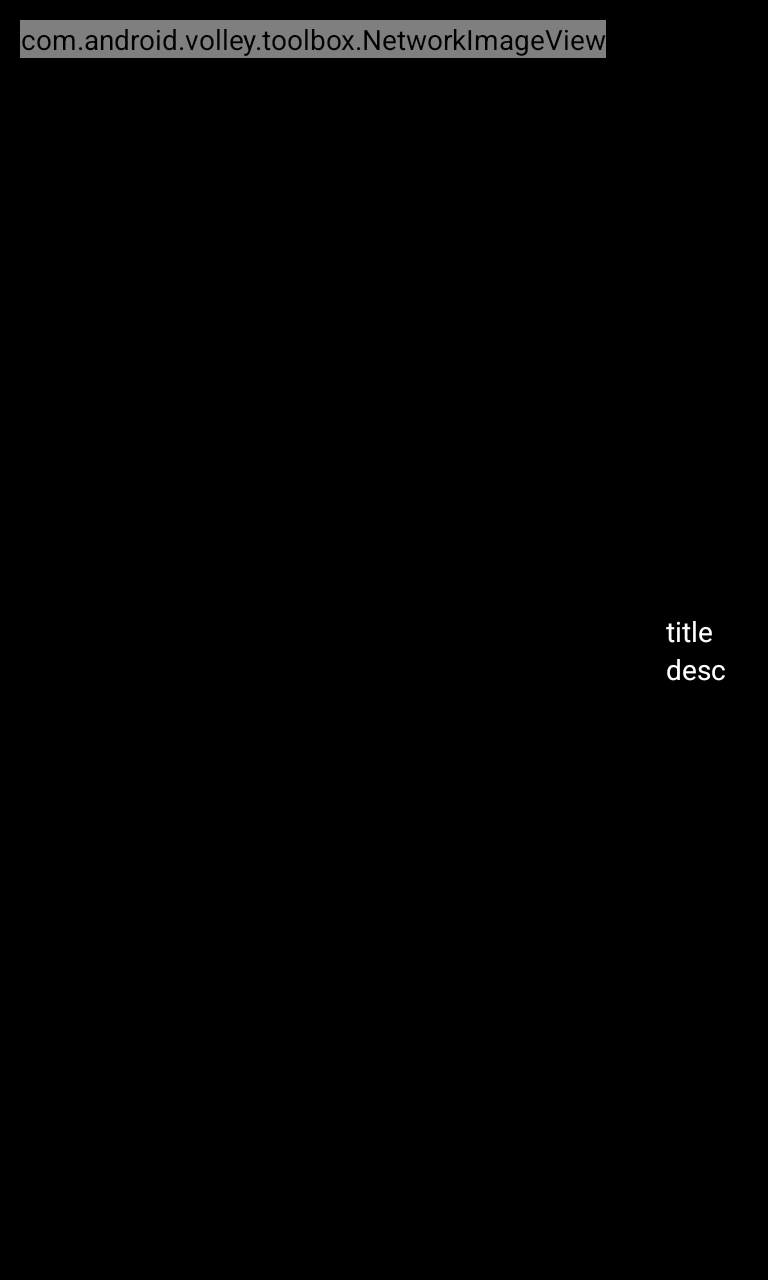
Repository: cnevinc/togather
Layout: GeorgeMe/res/layout/list_item_user.xml
These files come from the project's save history. The layout is drawn as it stood at one moment and after the next save; the edit follows.
Pictures or frames that could not be fetched are drawn as grey boxes. It is drawn on a 768 x 1280 px phone screen (xhdpi) without system bars, with theme android:Theme.Holo; the app's code is not run.

Above is the layout before, as saved 2014-07-26 14:56:45.

### GeorgeMe/res/layout/list_item_user.xml
<?xml version="1.0" encoding="utf-8"?>
<FrameLayout xmlns:android="http://schemas.android.com/apk/res/android"
    android:layout_width="fill_parent"
    android:layout_height="fill_parent" >

    <RelativeLayout
        android:id="@+id/back"
        android:layout_width="match_parent"
        android:layout_height="match_parent"
        android:tag="back" >

        <TextView
            android:id="@+id/user_invited"
            android:layout_width="wrap_content"
            android:layout_height="wrap_content"
            android:layout_centerInParent="true"
            android:text="Name"
            android:textSize="30sp"
            android:textColor="#ffffff" />
    </RelativeLayout>

    <RelativeLayout
        android:id="@+id/front"
        android:layout_width="match_parent"
        android:layout_height="match_parent"
        android:background="#000000"
        android:orientation="vertical"
        android:paddingBottom="10dp"
        android:tag="front" >

        <com.android.volley.toolbox.NetworkImageView
            xmlns:app="http://schemas.android.com/apk/res-auto"
            android:id="@+id/thumbail"
            android:layout_width="wrap_content"
            android:layout_height="wrap_content"
            android:layout_marginLeft="10dp"
            android:layout_marginTop="10dp"
            android:background="@drawable/ic_launcher" />

        <!-- android:layout_centerVertical="true" -->

        <RelativeLayout
            android:id="@+id/relativeLayout1"
            android:layout_width="wrap_content"
            android:layout_height="wrap_content"
            android:layout_centerInParent="true"
            android:layout_marginLeft="20dp"
            android:layout_toRightOf="@+id/thumbail"
            android:gravity="center" >

            <!-- android:layout_alignParentTop="true" -->

            <TextView
                android:id="@+id/title"
                android:layout_width="wrap_content"
                android:layout_height="wrap_content"
                android:layout_marginLeft="10dp"
                android:layout_marginTop="10dp"
                android:text="title"
                android:textColor="#ffffff" />

            <TextView
                android:id="@+id/desc"
                android:layout_width="wrap_content"
                android:layout_height="wrap_content"
                android:layout_below="@+id/title"
                android:layout_marginLeft="10dp"
                android:text="desc"
                android:textColor="#ffffff" />
        </RelativeLayout>
    </RelativeLayout>

</FrameLayout>

After the next save:
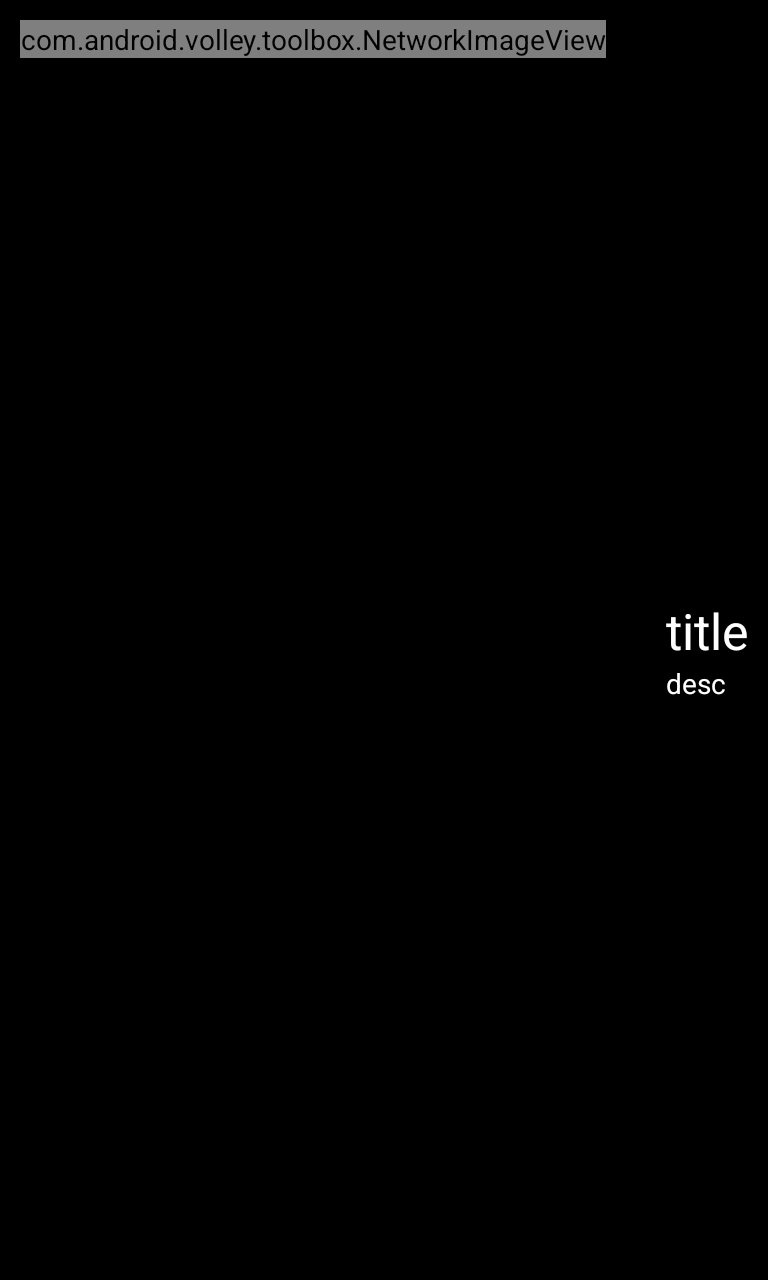
Saved 28 s later.
--- a/GeorgeMe/res/layout/list_item_user.xml
+++ b/GeorgeMe/res/layout/list_item_user.xml
@@ -15,7 +15,7 @@
             android:layout_height="wrap_content"
             android:layout_centerInParent="true"
             android:text="Name"
-            android:textSize="30sp"
+            android:textSize="20sp"
             android:textColor="#ffffff" />
     </RelativeLayout>
 
@@ -56,6 +56,7 @@
                 android:layout_height="wrap_content"
                 android:layout_marginLeft="10dp"
                 android:layout_marginTop="10dp"
+                android:textSize="25sp"
                 android:text="title"
                 android:textColor="#ffffff" />
 
